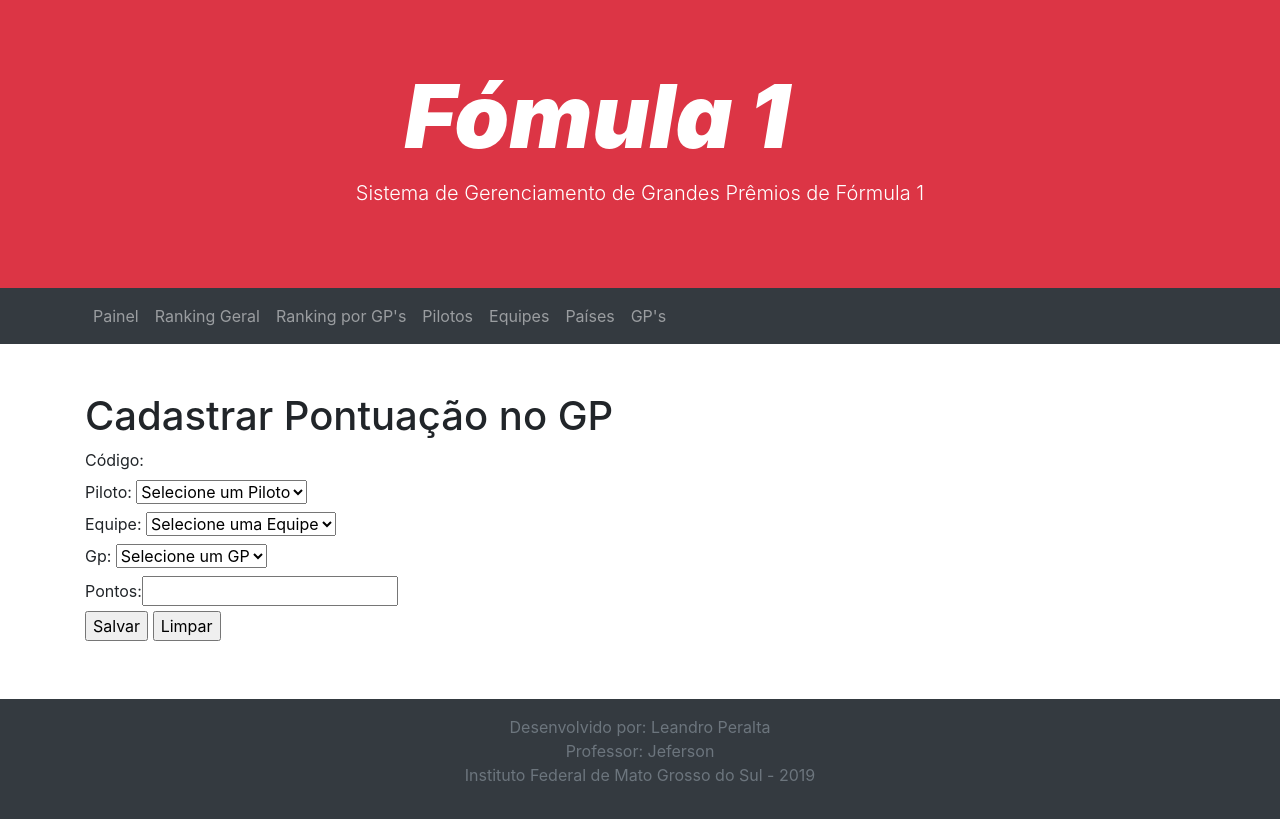
Repository: lperalta13/Formula1_Java
Page: http://localhost/formula1/pontuacao.jsp
An editor plug-in stored every save of this project. The page is shown before and after the next save, followed by the edit.
The browser window is 1280 px wide. The pictures show the whole page.
The page is served by Tomcat 9. Other server files are loaded and not shown. The template is opened directly, without the code that normally fills it, so the values that code supplies are empty.

Above is the page before, as saved 2019-12-11 21:14:37.

### formula1/WebContent/pontuacao.jsp
<%@page import="org.apache.jasper.tagplugins.jstl.core.ForEach"%>
<%@ page language="java" contentType="text/html; charset=ISO-8859-1"
	pageEncoding="ISO-8859-1"%>
<%@ page import="java.util.List,br.com.empresa.model.Piloto" %>
<%@ page import="java.util.List,br.com.empresa.model.Equipe" %>
<%@ page import="java.util.List,br.com.empresa.model.Gp" %>
<%@ taglib uri="http://java.sun.com/jsp/jstl/core" prefix="c"%>
<%@ taglib uri="http://java.sun.com/jsp/jstl/fmt" prefix="fmt"%>

<!DOCTYPE html>
<html lang="pt">
<head><head>
    <meta charset="UTF-8">
    <meta name="viewport" content="width=device-width, initial-scale=1, shrink-to-fit=no">
    <title>Fómula 1</title>
    <!-- Bootstrap core CSS -->
    <link rel="stylesheet" href="https://stackpath.bootstrapcdn.com/bootstrap/4.3.1/css/bootstrap.min.css" integrity="sha384-ggOyR0iXCbMQv3Xipma34MD+dH/1fQ784/j6cY/iJTQUOhcWr7x9JvoRxT2MZw1T" crossorigin="anonymous">
    <link rel="stylesheet" href="css/pro.css">

    <style type="text/css">
        img{
            height: calc(100vh - 463px);
            object-fit: cover;
        }
        .container:nth-of-type(2){
            min-height: calc(100vh - 463px);
            margin-bottom: 50px;
        }
    </style>

</head>
<body class="position-relative">
  <div class="jumbotron jumbotron-fluid mb-0 bg-danger text-white">
    <div class="container text-center">
      <h1 class="display-2 font-italic font-weight-bold"><strong> Fómula 1 </strong><i class="fas fa-tire fa-spin"></i></h1>
      <p class="lead">Sistema de Gerenciamento de Grandes Prêmios de Fórmula 1</p>
    </div>
  </div>
  <nav class="navbar navbar-expand-lg navbar-dark bg-dark">
    <div class="container">
      <div class="collapse navbar-collapse" id="navbarNavDropdown">
        <ul class="navbar-nav mr-auto">
            <li class="nav-item">
              <a class="nav-link" href="dashboard.html">Painel<span class="sr-only">(Página atual)</span></a>
            </li>
          <li class="nav-item">
            <a class="nav-link" href="cadPontuacao?codigo=&piloto=1&equipe=1&gp=3&pontos=10">Ranking Geral</a>
          </li>
          <li class="nav-item">
            <a class="nav-link" href="listar-campeaoporgp.php">Ranking por GP's</a>
          </li>
          <li class="nav-item">
            <a class="nav-link" href="listar-pilotos.php">Pilotos</a>
          </li>
          <li class="nav-item">
            <a class="nav-link" href="listar-equipes.php">Equipes</a>
          </li>
          <li class="nav-item">
            <a class="nav-link" href="listar-paises.php">Países</a>
          </li>
          <li class="nav-item">
            <a class="nav-link" href="listar-gp.php">GP's</a>
          </li>
        </ul>
      </div>
    </div>
    </nav>
<div class="container">
	<div class="row mt-5">
		<div class="col-md-12">
			<h1>Cadastrar Pontuação no GP</h1>
			<form method="get" action="cadPontuacao">
			<fieldset>

				<label>Código: </label><input type="hidden" name="codigo" />
				<br />
				<label>Piloto:</label>
				<select name="piloto">
					<option value="">Selecione um Piloto</option>
					<c:forEach var="piloto" items="${pilotos}">
						<option value="${piloto.codigo}" >
							${piloto.nome}</option>
					</c:forEach>
				</select>
				<br/>
				<label>Equipe:</label>
				<select name="equipe">
					<option value="">Selecione uma Equipe</option>
					<c:forEach var="equipe" items="${equipes}">
						<option value="${equipe.codigo}" >
							${equipe.descricao}</option>
					</c:forEach>
				</select>
				<br/>
				<label>Gp:</label>
				<select name="gp">
					<option value="">Selecione um GP</option>
					<c:forEach var="gp" items="${gps}">
						<option value="${gp.codigo}" >
							${gp.descricao}</option>
					</c:forEach>
				</select>
				<br/>

				<label>Pontos:</label><input type="text" name="pontos" />
				<br />

				<input type="submit" value="Salvar">
				<input type="reset" value="Limpar">
				<br />
			</fieldset>
		</form>
	</div>
	</div>
	</div>
	<footer class="text-muted text-center bg-dark p-3">
		<div class="container">
			<p>Desenvolvido por: Leandro Peralta
            <br>Professor: Jeferson
            <br>Instituto Federal de Mato Grosso do Sul - 2019</p>
		</div>
	</footer>
	<script src="https://code.jquery.com/jquery-3.3.1.slim.min.js" integrity="sha384-q8i/X+965DzO0rT7abK41JStQIAqVgRVzpbzo5smXKp4YfRvH+8abtTE1Pi6jizo" crossorigin="anonymous"></script>
	<script src="https://cdnjs.cloudflare.com/ajax/libs/popper.js/1.14.3/umd/popper.min.js" integrity="sha384-ZMP7rVo3mIykV+2+9J3UJ46jBk0WLaUAdn689aCwoqbBJiSnjAK/l8WvCWPIPm49" crossorigin="anonymous"></script>
	<script src="https://stackpath.bootstrapcdn.com/bootstrap/4.1.3/js/bootstrap.min.js" integrity="sha384-ChfqqxuZUCnJSK3+MXmPNIyE6ZbWh2IMqE241rYiqJxyMiZ6OW/JmZQ5stwEULTy" crossorigin="anonymous"></script>

</body>
</html>

Loaded but not shown: formula1/WebContent/css/pro.css (library)

After the next save:
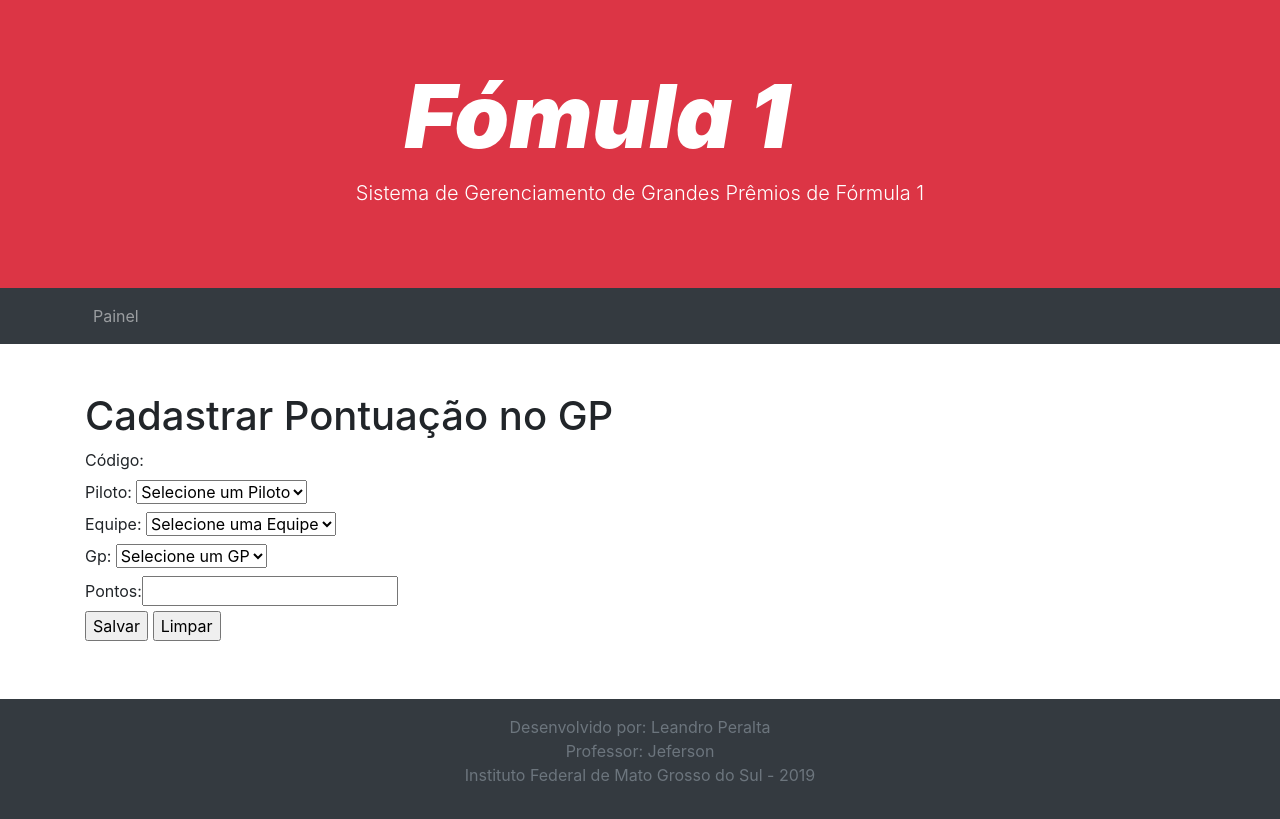
Saved 39 s later.
--- a/formula1/WebContent/pontuacao.jsp
+++ b/formula1/WebContent/pontuacao.jsp
@@ -43,24 +43,6 @@
             <li class="nav-item">
               <a class="nav-link" href="dashboard.html">Painel<span class="sr-only">(Página atual)</span></a>
             </li>
-          <li class="nav-item">
-            <a class="nav-link" href="cadPontuacao?codigo=&piloto=1&equipe=1&gp=3&pontos=10">Ranking Geral</a>
-          </li>
-          <li class="nav-item">
-            <a class="nav-link" href="listar-campeaoporgp.php">Ranking por GP's</a>
-          </li>
-          <li class="nav-item">
-            <a class="nav-link" href="listar-pilotos.php">Pilotos</a>
-          </li>
-          <li class="nav-item">
-            <a class="nav-link" href="listar-equipes.php">Equipes</a>
-          </li>
-          <li class="nav-item">
-            <a class="nav-link" href="listar-paises.php">Países</a>
-          </li>
-          <li class="nav-item">
-            <a class="nav-link" href="listar-gp.php">GP's</a>
-          </li>
         </ul>
       </div>
     </div>
